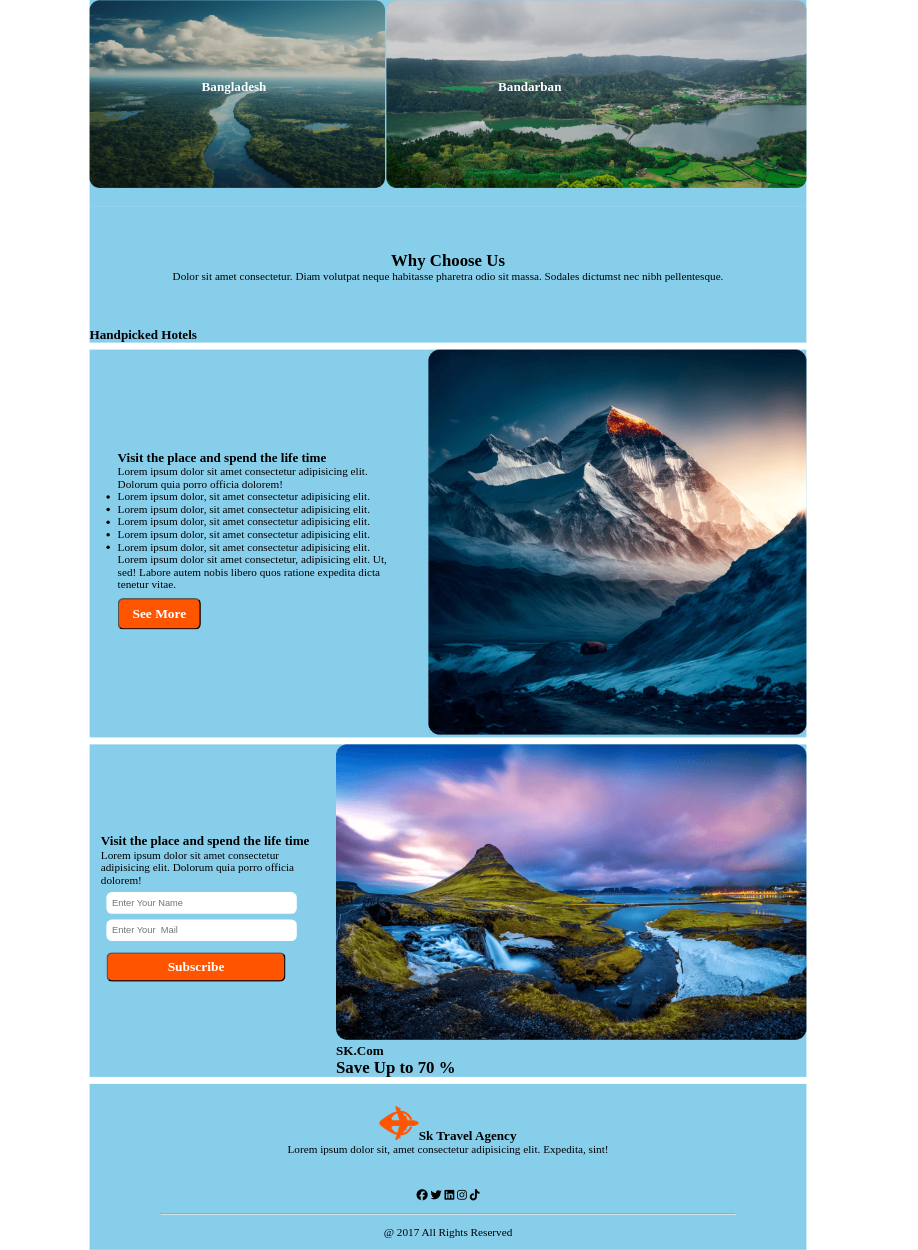
Repository: sumonkumarsarkar/Sk-Travel-Agency-
Page: index.html
An editor plug-in stored every save of this project. The page is shown before and after the next save, followed by the edit.
The browser window is 1280 px wide. The page is 1312 px wide, so the pictures cover 1312 px, including what lies to the right of the window. The pictures show the part of the page from y = 2028 to 3908 px (the page is 3814 px tall before and 3908 px after), at 70% of full size.

Above is the page before, as saved 2024-01-17 07:27:02.

After the next save:
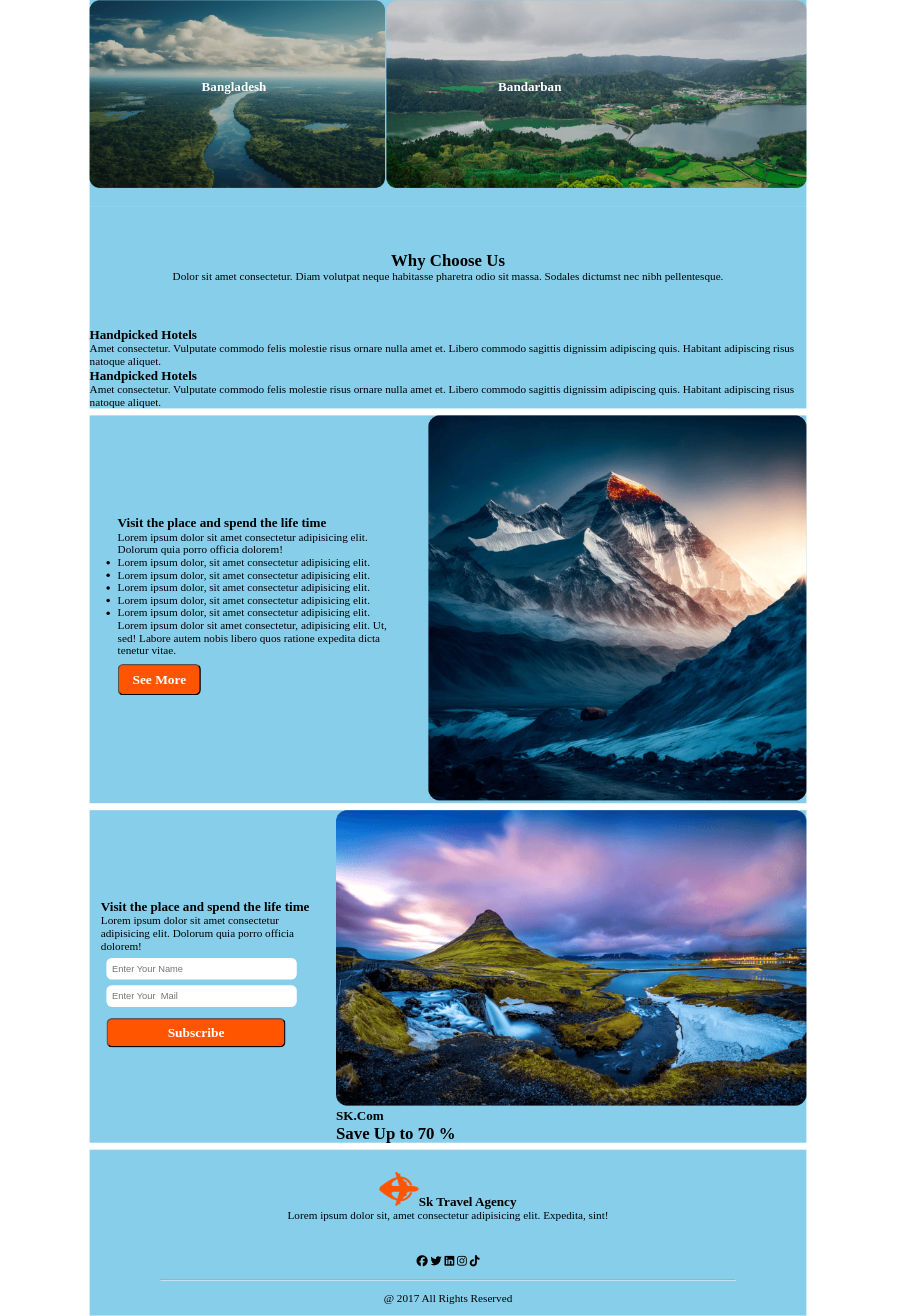
Saved 21 s later.
--- a/index.html
+++ b/index.html
@@ -137,7 +137,11 @@
         <div class="container-card">
             <div class="card">
                 <h3>Handpicked Hotels</h3>
-                <p></p>
+                <p>Amet consectetur. Vulputate commodo felis molestie risus  ornare nulla amet et. Libero commodo sagittis dignissim adipiscing quis. Habitant adipiscing risus natoque aliquet. </p>
+            </div>
+            <div class="card">
+                <h3>Handpicked Hotels</h3>
+                <p>Amet consectetur. Vulputate commodo felis molestie risus  ornare nulla amet et. Libero commodo sagittis dignissim adipiscing quis. Habitant adipiscing risus natoque aliquet. </p>
             </div>
         </div>
 
